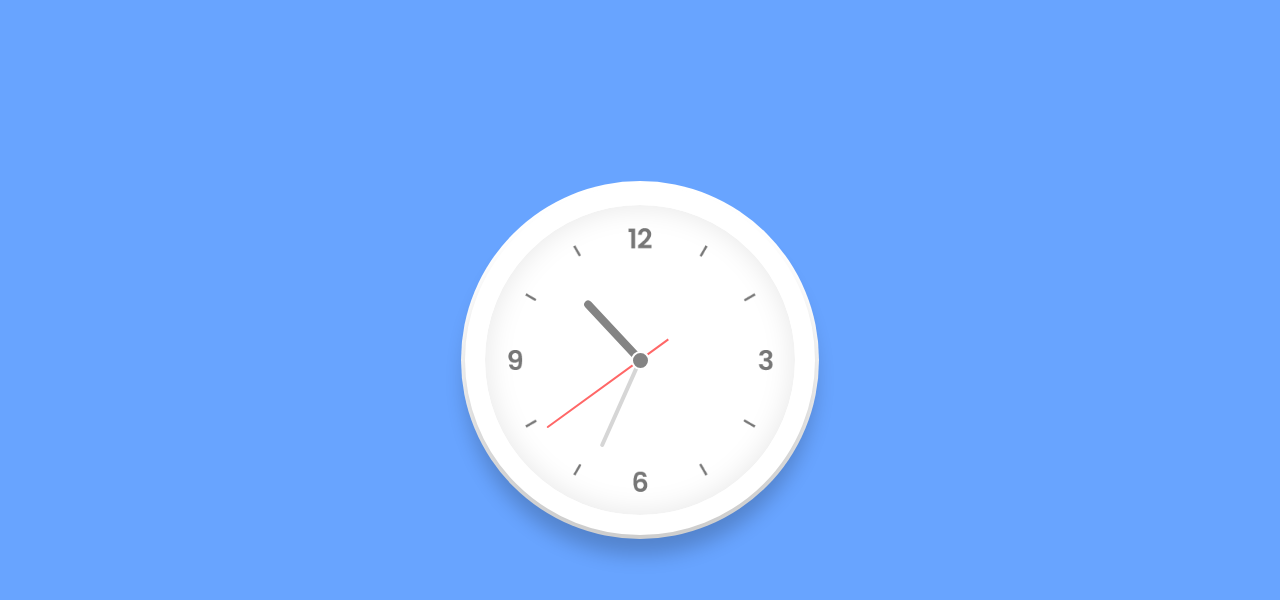
Repository: DaNiels89/analog-clock
Page: index.html
An editor plug-in stored every save of this project. The page is shown before and after the next save, followed by the edit.
The browser window is 1280 px wide. The pictures show the whole page.

Above is the page before, as saved 2020-06-20 11:55:56.

### index.html
<!DOCTYPE html>
<html lang="en">

<head>
    <meta charset="UTF-8">
    <meta name="viewport" content="width=device-width, initial-scale=1.0">
    <title>Analog Clock</title>
    <link rel="stylesheet" href="css/lightmode.css">
    <!-- <link rel="stylesheet" href="css/darkmode.css"> -->
</head>

<body>
    <div class="clock">
        <div class="hour">
            <div class="hr" id="hr"></div>
        </div>
        <div class="min">
            <div class="mn" id="mn"></div>
        </div>
        <div class="sec">
            <div class="sc" id="sc"></div>
        </div>
    </div>

    <script src="js/main.js"></script>
</body>

</html>

### css/lightmode.css
* {
    margin: 0;
    padding: 0;
    box-sizing: border-box;
  }

  body {
    display: flex;
    justify-content: center;
    align-items: center;
    min-height: 100vh;
    background: #68a4ff
  }

  .clock {
    width: 350px;
    height: 350px;
    display: flex;
    justify-content: center;
    align-items: center;
    background: #fff url(../img/clock.png);
    background-size: cover;
    border-radius: 50%;
    border: 20px solid #fff;
    box-shadow: inset 0 0 30px rgba(0,0,0,.1),
                0 20px 20px rgba(0,0,0,.2),
                0 0 0 4px rgba(255,255,255,1);
  }

  .clock::before {
    content: "";
    position: absolute;
    width: 15px;
    height: 15px;
    background: #848484;
    border: 2px solid #fff;
    border-radius: 50%;
    z-index: 10000;
  }

  .clock .hour,
  .clock .min,
  .clock .sec {
    position: absolute;
  }

  .clock .hour, .hr {
    width: 160px;
    height: 160px;
  }

  .clock .min, .mn {
    width: 190px;
    height: 190px;
  }

  .clock .sec, .sc {
    width: 230px;
    height: 230px;
  }

  .hr, .mn, .sc {
    display: flex;
    justify-content: center;
    position: absolute;
    border-radius: 50%;;
  }

  .hr::before {
    content: "";
    position: absolute;
    width: 8px;
    height: 80px;
    background: #848484;
    z-index: 10;
    border-radius: 6px 6px 0 0;
  }

  .mn::before {
    content: "";
    position: absolute;
    width: 4px;
    height: 90px;
    background: #d6d6d6;
    z-index: 11;
    border-radius: 6px 6px 0 0;
  }

  .sc::before {
    content: "";
    position: absolute;
    width: 2px;
    height: 150px;
    background: #ff6767;
    z-index: 12;
    border-radius: 6px 6px 0 0;
  }

### js/main.js
const deg = 6
const hr = document.querySelector("#hr")
const mn = document.querySelector("#mn")
const sc = document.querySelector("#sc")

setInterval(() => {
    let day = new Date()
    let hh = day.getHours() * 30
    let mm = day.getMinutes() * deg
    let ss = day.getSeconds() * deg

    hr.style.transform = `rotateZ(${(hh) + (mm / 12)}deg)`
    mn.style.transform = `rotateZ(${(mm)}deg)`
    sc.style.transform = `rotateZ(${(ss)}deg)`
})

After the next save:
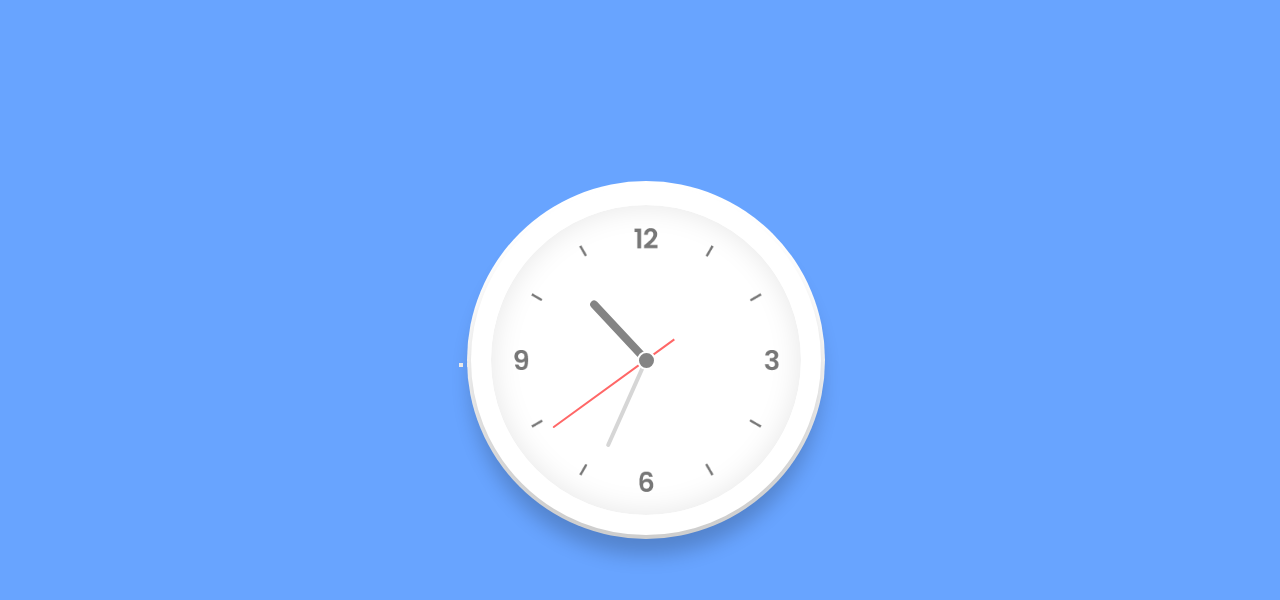
Saved 15 min 50 s later.
--- a/index.html
+++ b/index.html
@@ -10,6 +10,10 @@
 </head>
 
 <body>
+    <div class="toggle-mode">
+        <button class="light-mode"></button>
+        <button class="dark-mode"></button>
+    </div>
     <div class="clock">
         <div class="hour">
             <div class="hr" id="hr"></div>
